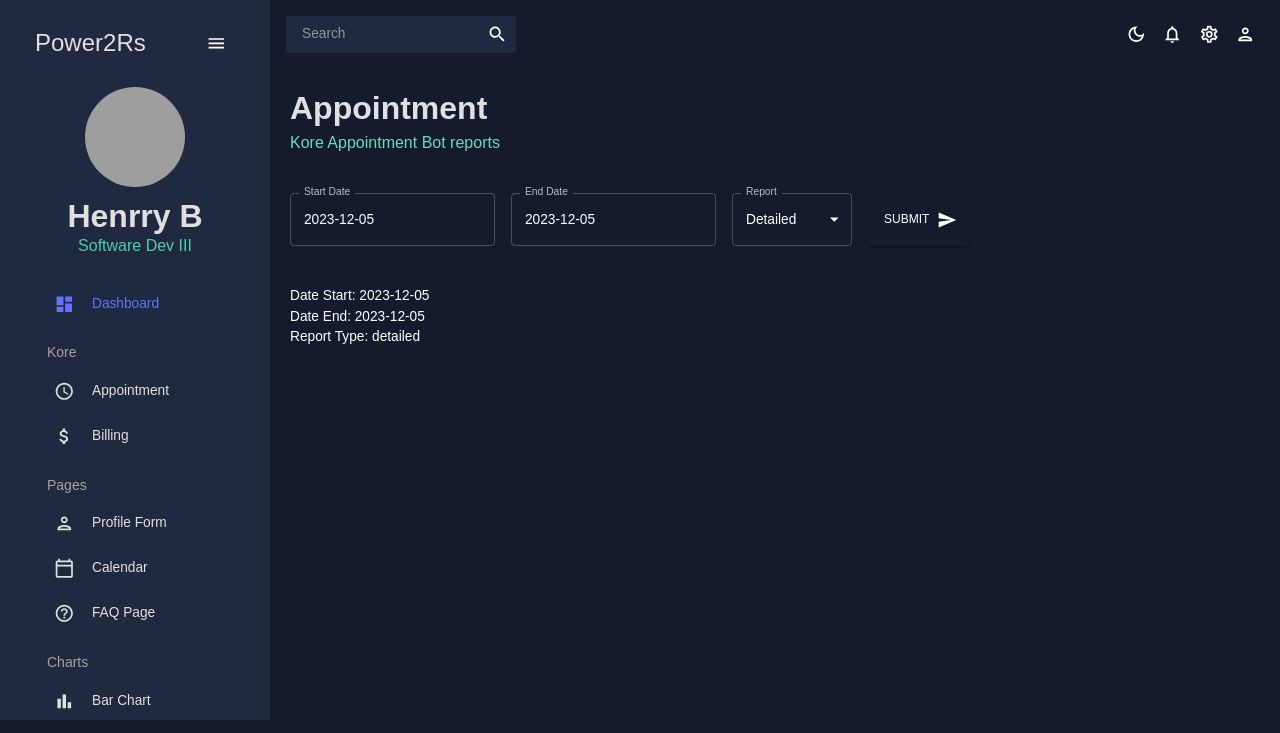
Repository: HenrryWith2Rs/reporthub
Page: /kore/appt (app in ui/)
These files come from the project's save history. The page is drawn as it stood at one moment and after the next save; the edit follows.
The browser window is 1280 px wide. The pictures show the whole page.
Pictures or frames that could not be fetched are drawn as grey boxes. The project was rebuilt for these pictures with package versions that can differ from the ones it lists, and the page was loaded fresh each time. Also part of the build but not shown: ui/vite.config.ts, ui/src/data/mockData.ts, ui/src/components/LineChart.tsx, ui/src/data/mockGeoFeatures.ts, ui/src/components/GeographyChart.tsx, ui/src/data/dataParser.ts, ui/src/components/BarChart.tsx, ui/src/components/ProgressCircle.tsx and 7 more.

Above is the page before, as saved 2023-12-07 06:54:05.

After the next save:
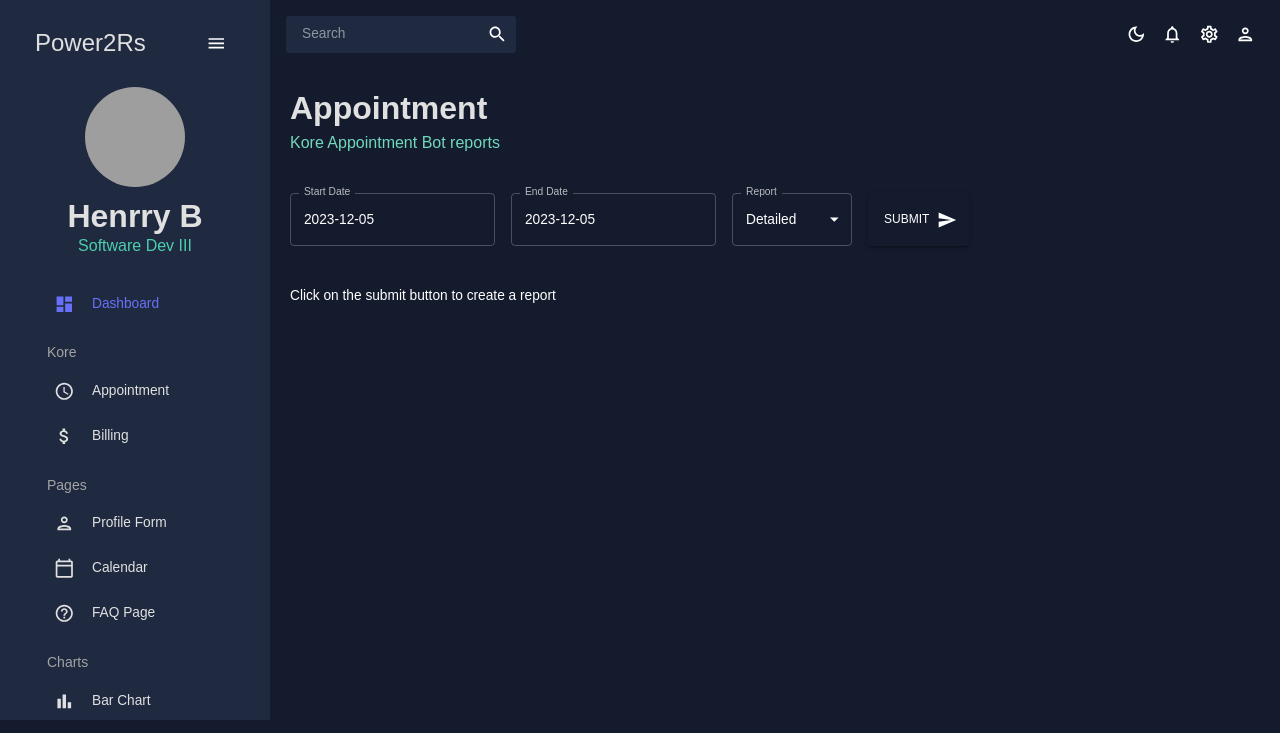
Saved 5 min 18 s later.
--- a/ui/src/scenes/appointment/index.tsx
+++ b/ui/src/scenes/appointment/index.tsx
@@ -115,11 +115,15 @@ const Appointment = () => {
           </Button>
         </Stack>
         <Box m="40px 0 0 0" height="10vh">
-          {dateStart && (
-            <div>Date Start: {format(dateStart, 'yyyy-MM-dd')}</div>
+          {isFetching ? (
+            <CircularProgress />
+          ) : error ? (
+            <div>Error fetching data. Please try again.</div>
+          ) : data ? (
+            <div>Data loaded successfully!</div>
+          ) : (
+            <div>Click on the submit button to create a report</div>
           )}
-          {dateEnd && <div>Date End: {format(dateEnd, 'yyyy-MM-dd')}</div>}
-          {reportType && <div>Report Type: {reportType}</div>}
         </Box>
       </Box>
     </Box>
